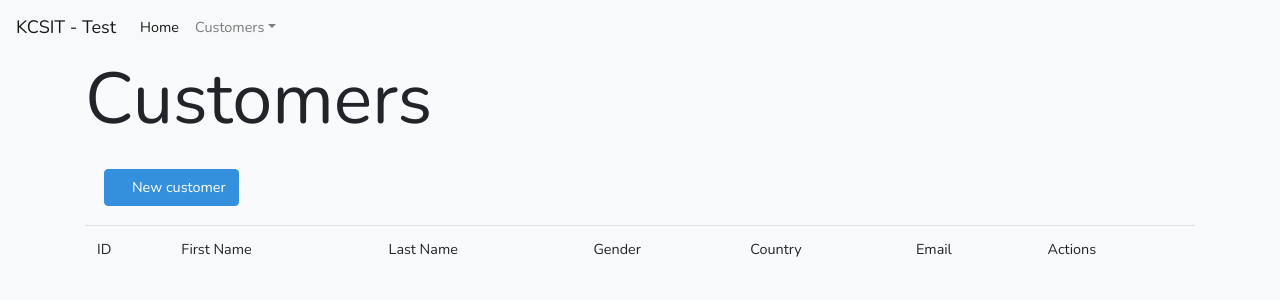
Repository: GilmarBrito/kcsit
Page: http://localhost/customers
The author's editor kept a copy of each file at every save. The page is drawn from the files as they stood at one save, then again after the next save.
The browser window is 1280 px wide. The pictures show the whole page.
The page is served by the project's Laravel application, run on PHP 8.4 with Laravel 8. Style sheets and scripts are compiled from the project's sources, by tool versions that may differ from the author's. Queries for data that is not in the repository find no rows.

Above is the page before, as saved 2020-03-08 16:57:27.

After the next save:
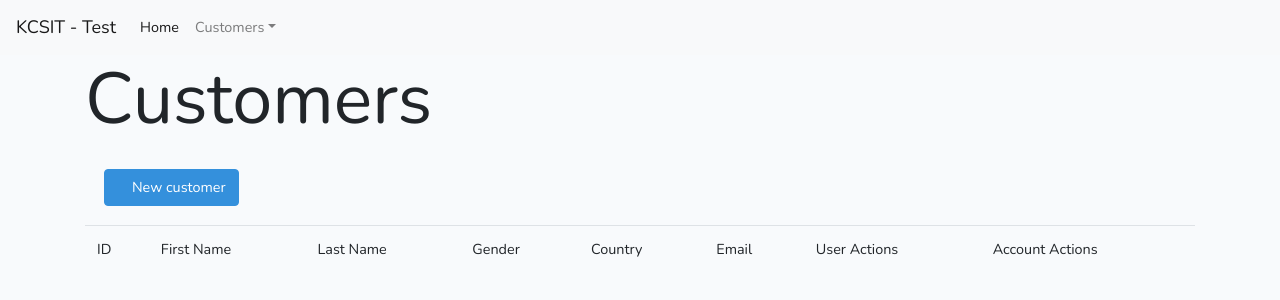
Saved 99 s later.
--- a/resources/views/customers/index.blade.php
+++ b/resources/views/customers/index.blade.php
@@ -24,7 +24,8 @@
                     <td>Gender</td>
                     <td>Country</td>
                     <td>Email</td>
-                    <td colspan="4" >Actions</td>
+                    <td>User Actions</td>
+                    <td>Account Actions</td>
                 </tr>
             </thead>
             <tbody>
@@ -38,20 +39,15 @@
                     <td>{{$customer->email}}</td>
                     <td>
                         <a href="{{ route('customers.edit',$customer->id)}}" class="btn btn-primary btn-block"><i class="fas fa-user-edit"></i> Edit</a>
-                        </td>
-                    <td>
                         <form action="{{ route('customers.destroy', $customer->id)}}" method="post">
                             @csrf
                             @method('DELETE')
                             <button class="btn btn-danger btn-block" type="submit"><i class="fas fa-user-slash"></i> Delete</button>
                         </form>
                     </td>
+                    <a href="#" class="btn btn-outline-success btn-block"><i class="fas fa-arrow-circle-up"></i> Deposit Money</a>
+                    <a href="#" class="btn btn-outline-danger btn-block"><i class="fas fa-arrow-circle-down"></i> Withdraw Money</a>
                     <td>
-                        <a href="#" class="btn btn-outline-success btn-block"><i class="fas fa-arrow-circle-up"></i> Deposit Money</a>
-                    </td>
-                    <td>
-                        <a href="#" class="btn btn-outline-danger btn-block"><i class="fas fa-arrow-circle-down"></i> Withdraw Money</a>
-                    </td>
                 </tr>
                 @endforeach
             </tbody>
